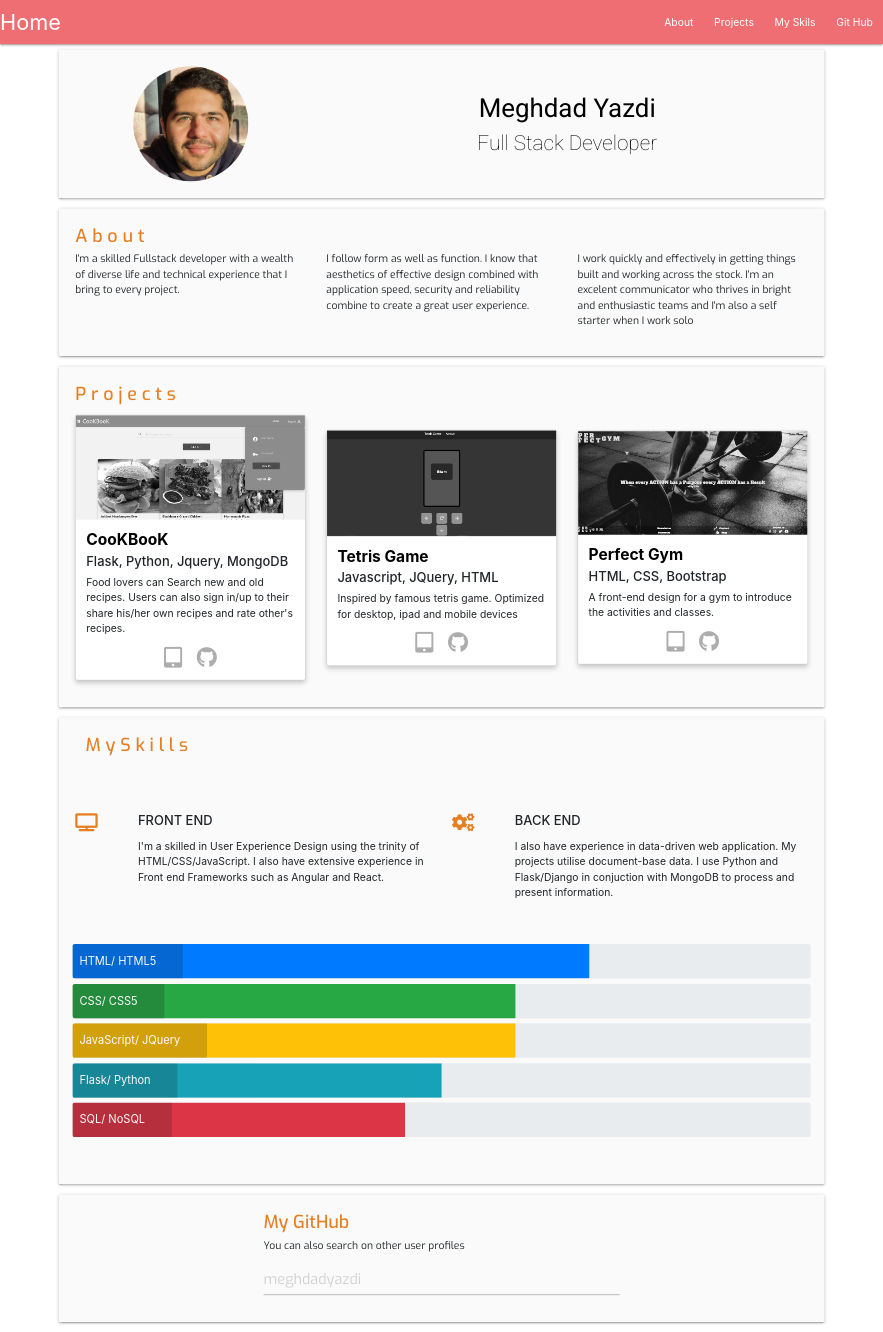
Repository: meghdadyazdi/SD_Res
Page: index.html
The author's editor kept a record of every edit. The page is drawn from the files as they stood at one moment, then again after the next edit.
The browser window is 1280 px wide. The pictures show the whole page, at 69% of full size.
Some web libraries are served in a nearby version.

Above is the page before.
Console error: ReferenceError: $ is not defined

After the next edit:
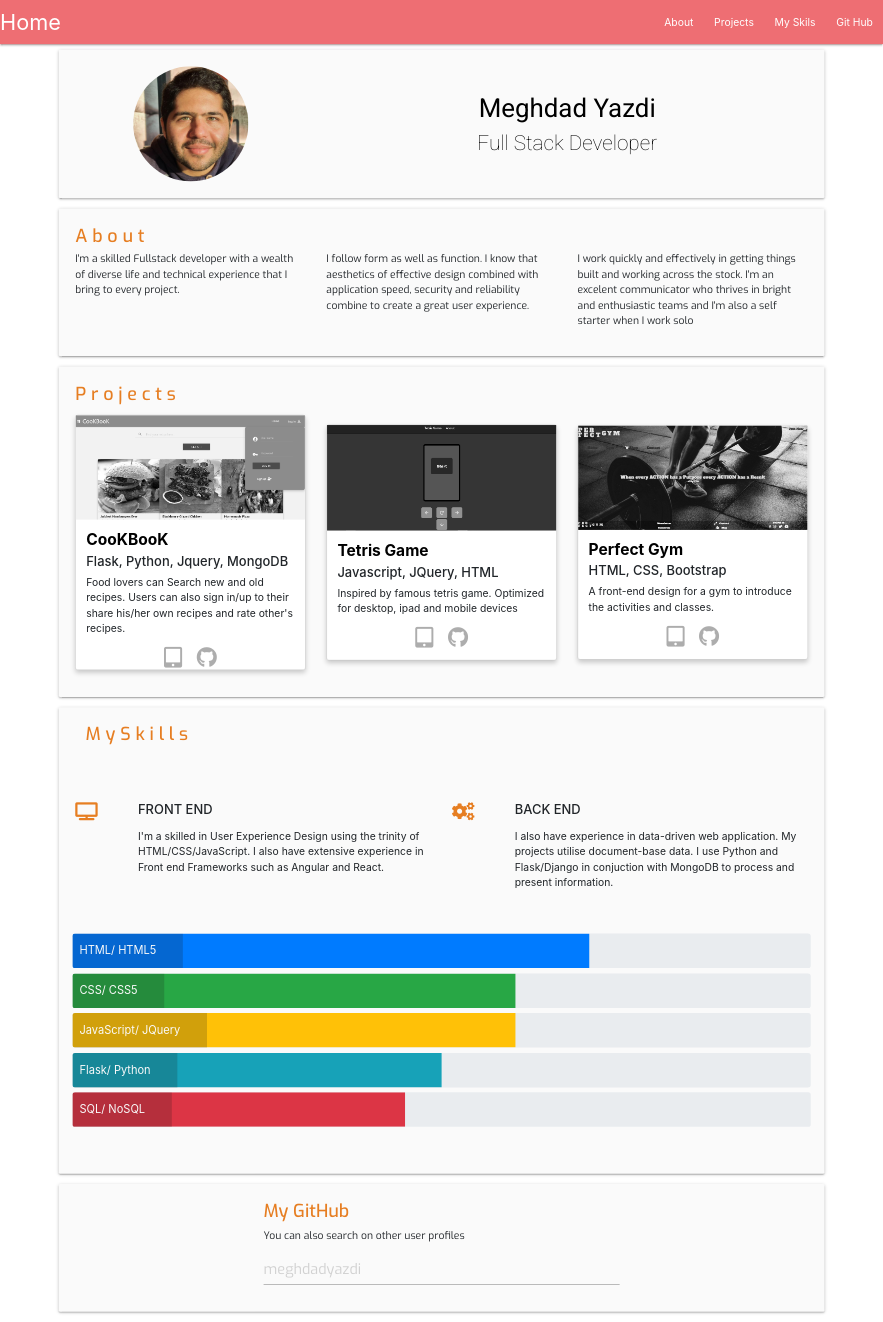
The edit:
--- a/index.html
+++ b/index.html
@@ -113,8 +113,8 @@
           <h4><b>CooKBooK</b></h4>
           <h5>Flask, Python, Jquery, MongoDB</h5>
           <p>Food lovers can Search new and old recipes. Users can also sign in/up to their share his/her own recipes and rate other's recipes.</p>
-          <p class="par"><a href="https://cookbook-meghdad.herokuapp.com" target="_blank"><i class="fas fa-tablet-alt"></i></a>
-          &nbsp&nbsp&nbsp&nbsp<a href="https://github.com/meghdadyazdi/cookbook" target="_blank"><i class="fab fa-github"></i></a></p>
+          <div class="par"><a href="https://cookbook-meghdad.herokuapp.com" target="_blank"><i class="fas fa-tablet-alt"></i></a>
+          &nbsp&nbsp&nbsp&nbsp<a href="https://github.com/meghdadyazdi/cookbook" target="_blank"><i class="fab fa-github"></i></a></div>
         </div>
       </div>
       </div>
